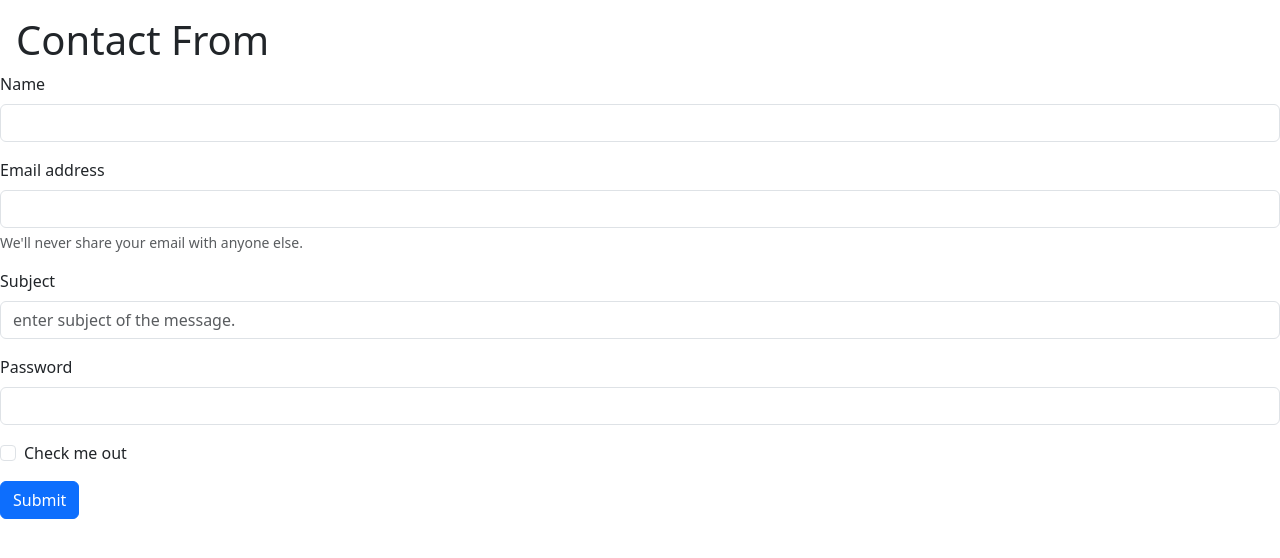
Repository: syni18/bootstrap_form
Page: index.html
These files come from the project's save history. The page is drawn as it stood at one moment and after the next save; the edit follows.
The browser window is 1280 px wide. The pictures show the whole page.

Above is the page before, as saved 2023-10-26 15:28:19.

After the next save:
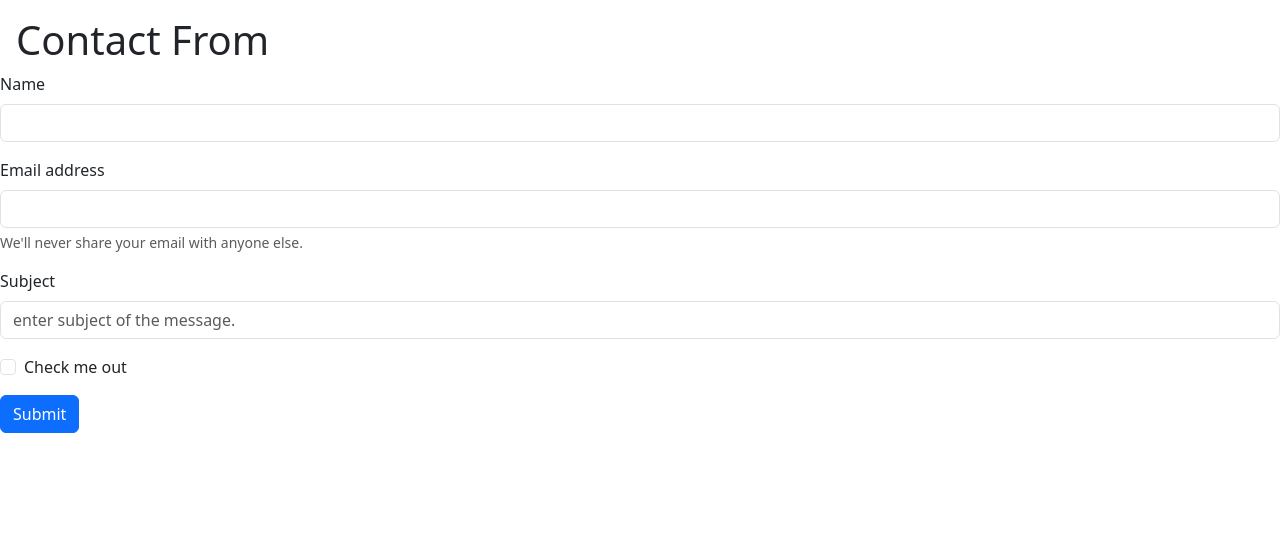
Saved 21 s later.
--- a/index.html
+++ b/index.html
@@ -22,10 +22,7 @@
     <label for="exampleInputSubject1" class="form-label">Subject</label>
     <input type="text" class="form-control" id="exampleInputsubject1" aria-describedby="subjectHelp" placeholder="enter subject of the message.">
   </div>
-  <div class="mb-3">
-    <label for="exampleInputPassword1" class="form-label">Password</label>
-    <input type="password" class="form-control" id="exampleInputPassword1">
-  </div>
+
   <div class="mb-3 form-check">
     <input type="checkbox" class="form-check-input" id="exampleCheck1">
     <label class="form-check-label" for="exampleCheck1">Check me out</label>
